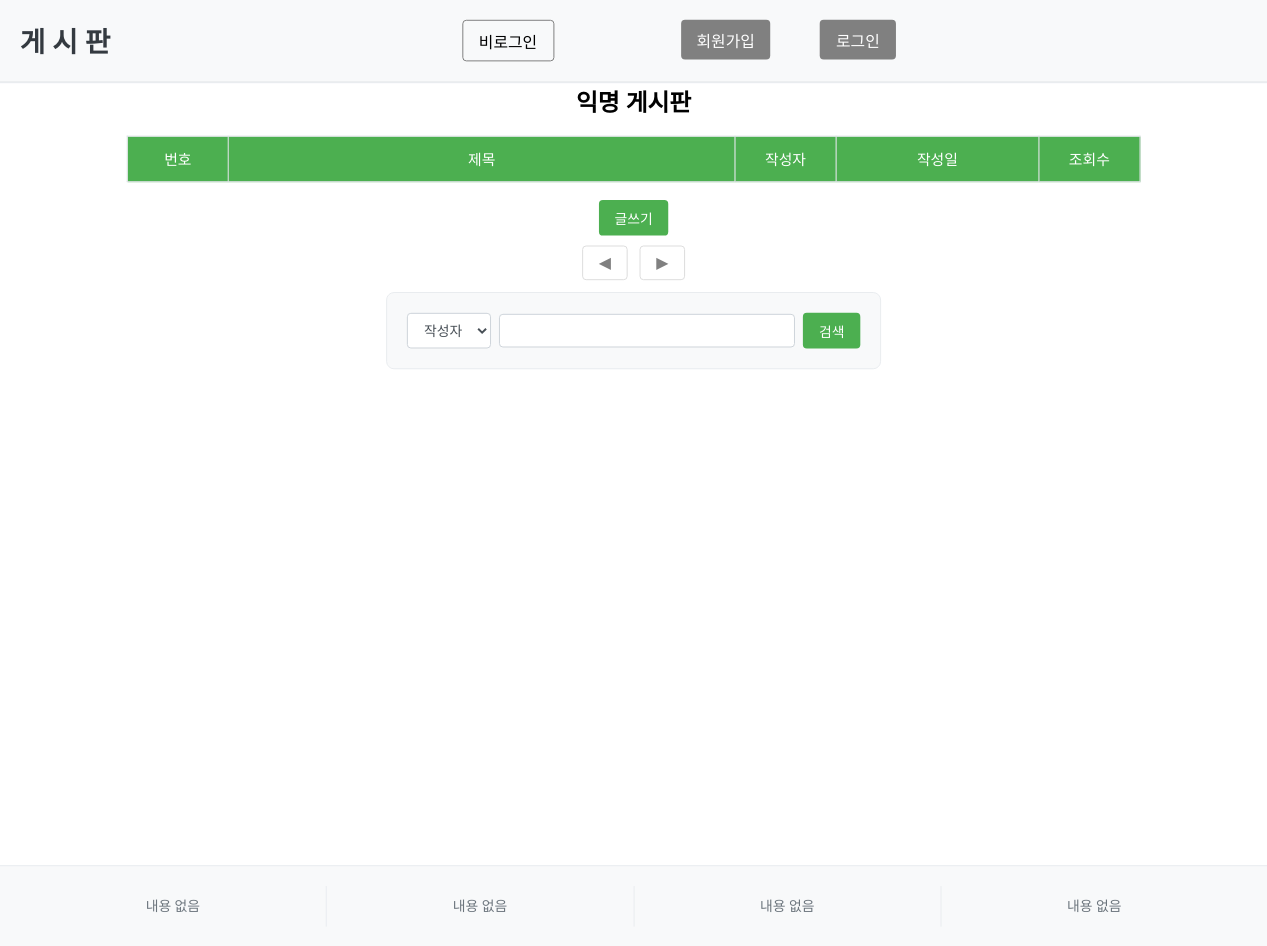
Repository: 1plus1equals3-true/Board-Project
Page: http://localhost/jsp/board/list_anonymity.jsp
An editor plug-in stored every save of this project. The page is shown before and after the next save, followed by the edit.
The browser window is 1280 px wide. The pictures show the whole page, at 99% of full size.
The page is served by Tomcat 9. Queries for data that is not in the repository find no rows.

Above is the page before, as saved 2025-09-23 00:10:32.

After the next save:
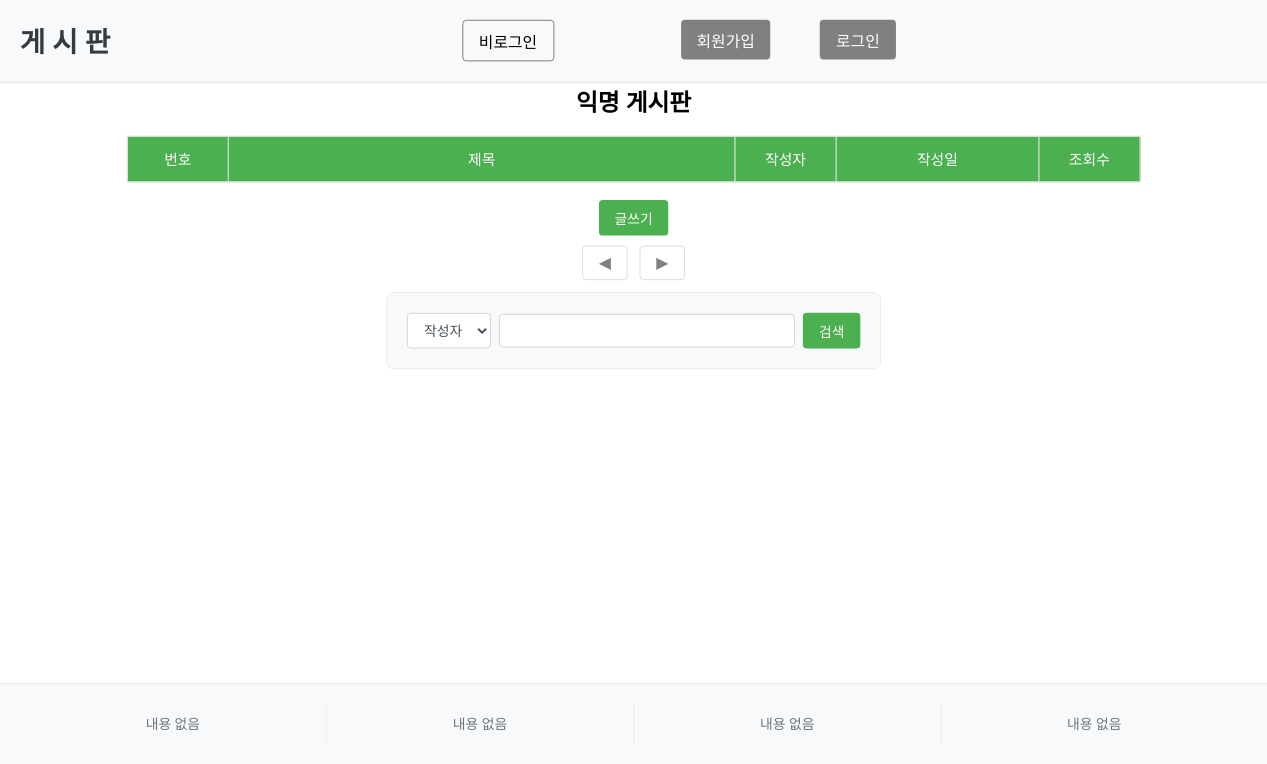
Saved 3 min 59 s later.
--- a/jsp/src/main/webapp/board/op_top.jsp
+++ b/jsp/src/main/webapp/board/op_top.jsp
@@ -42,7 +42,7 @@ if(login_id == null || login_id.equals("") || login_id.equals("null")) {
 
 <style>
 .min-height {
-	min-height: 760px;
+	min-height: 80vh;
 }
 *{
 	margin: 0 auto;
